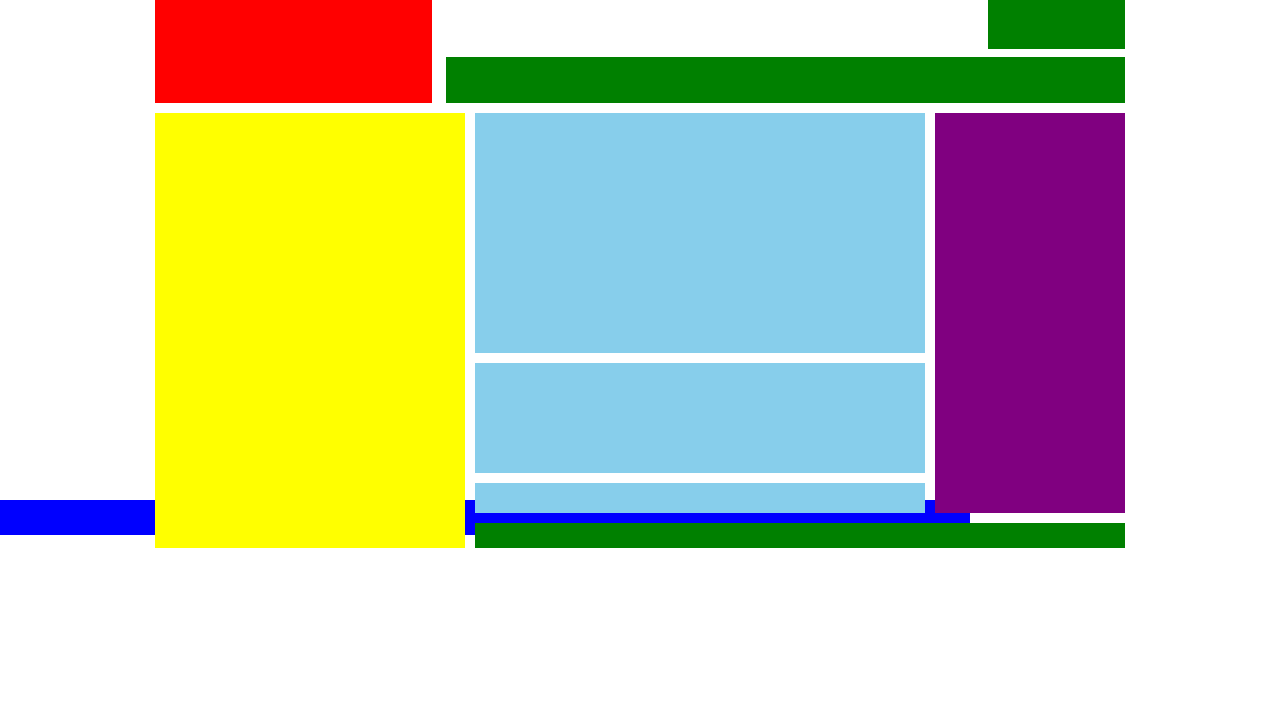
Repository: KaibutsuSama/CodePracticeExample
Page: Html5+Css3/Css3/04.浮动/03.homework.html
An editor plug-in stored every save of this project. The page is shown before and after the next save, followed by the edit.
The browser window is 1280 px wide. The pictures show the whole page.

Above is the page before, as saved 2023-01-29 23:51:41.

After the next save:
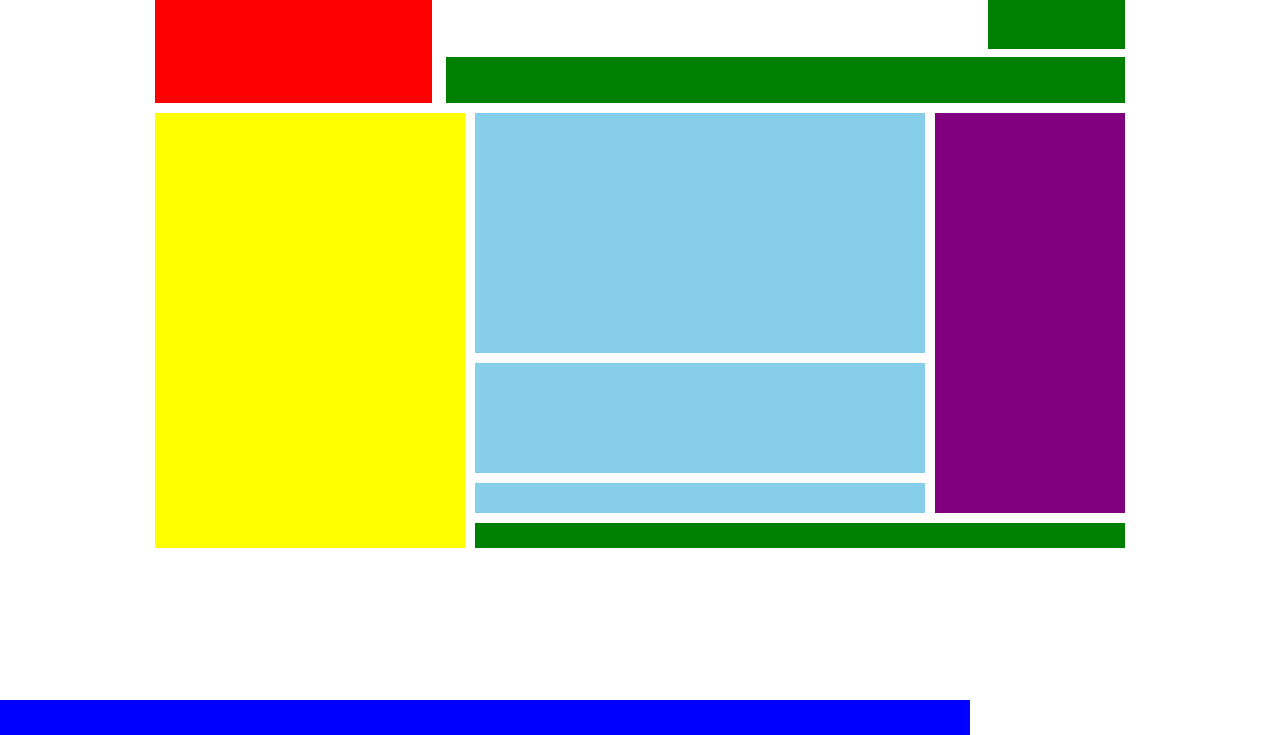
Saved 5 s later.
--- a/Html5+Css3/Css3/04.浮动/03.homework.html
+++ b/Html5+Css3/Css3/04.浮动/03.homework.html
@@ -40,7 +40,7 @@
 
         .content{
             width: 970px;
-            height: 500px;
+            height: 700px;
             margin: 0 auto;
         }
 
